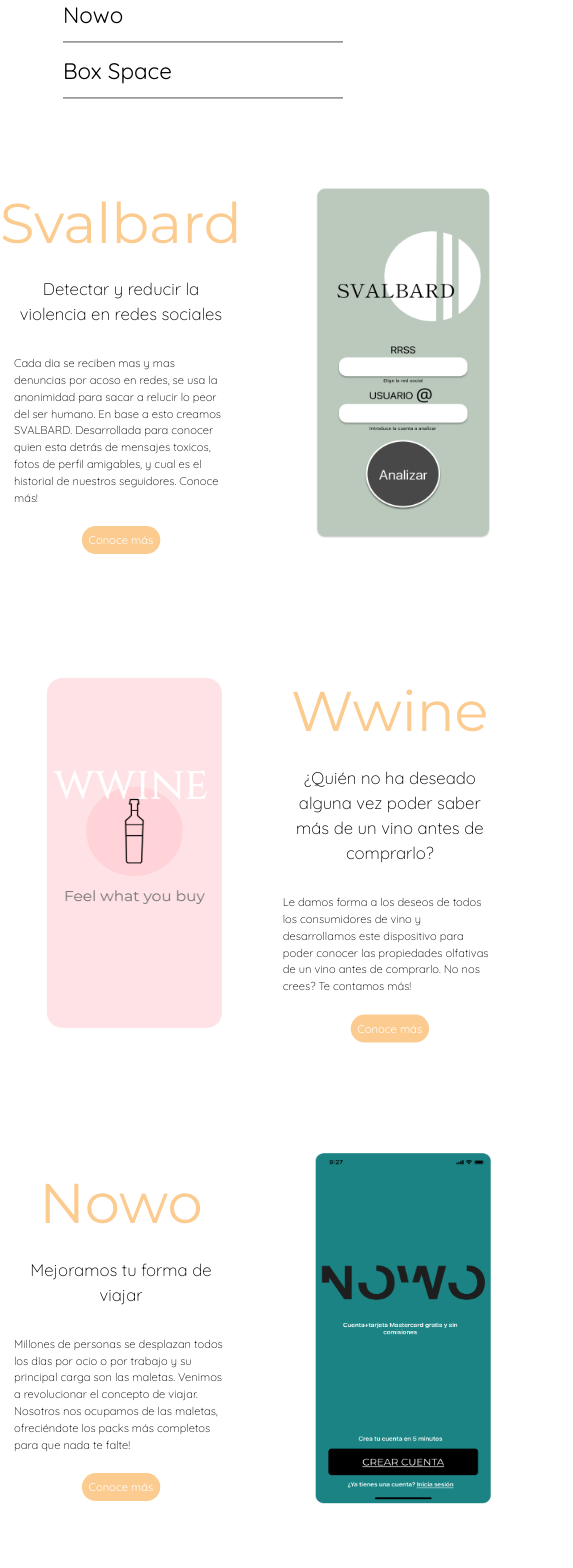
Repository: Marilyncabirta/portfolioHTML
Page: index.html
These files come from the project's save history. The page is drawn as it stood at one moment and after the next save; the edit follows.
The browser window is 768 px wide. The page is 818 px wide, so the pictures cover 818 px, including what lies to the right of the window. The pictures show the part of the page from y = 1619 to 3859 px (the page is 4935 px tall before and 4818 px after), at 70% of full size.
Backgrounds fixed to the window are drawn as part of the page. Some web libraries are served in a nearby version.

Above is the page before, as saved 2022-12-16 13:11:34.

### index.html
<!DOCTYPE html>
<html lang="es">
<head>
    <meta charset="UTF-8">
    <meta name="viewport" content="width=device-width, initial-scale=1.0">
    <title>Portafolio AlexCG</title>
    <link rel="stylesheet" href="css/normalize.css">
    <link rel="stylesheet" href="css/estilos.css">
    <link rel="preconnect" href="https://fonts.googleapis.com">
<link rel="preconnect" href="https://fonts.gstatic.com" crossorigin>
<link href="https://fonts.googleapis.com/css2?family=Montserrat:wght@100;400;700&family=Quicksand:wght@300;400&display=swap" rel="stylesheet">
</head>


<body>

    <header class="hero">
        <div class="contenedor">
            <nav class="nav">
                <a href="" class="nav__items nav__items--cta">Proyectos</a>
                <a href="" class="nav__items">Sobre mí</a>
                <a href="" class="nav__items">Contáctame</a>
            </nav>

            <section class="hero__contenedor">
                <div class="hero__texts">
                    <h1 class="hero__title">Hola, soy Marilin Cabirta UX/UI designer</h1>
                    <h2 class="hero_subtitle">La necesidad de acercar diseños empáticos al usurio me hicieron querer ser diseñadora UX/UI. Querer emocionar con productos o servicios. Traspasar las pantallas.</h2>
                    <a href="" class="hero_cta">Contáctame</a>
                </div>
                <div class="contenedor_ilustraciones">
                    <img class="hero_image" src="assets/hero1.svg" alt="marilincabirta">
                </div>
            </section>
        </div>
        <div>
            <div class="hero_wave" style= "overflow:hidden;" ><svg viewBox="0 0 500 150" preserveAspectRatio="none" style="height: 100%; width: 100%;"><path d="M-0.56,130.76 C150.00,150.00 349.20,-49.99 503.38,30.10 L500.00,150.00 L0.00,150.00 Z" style="stroke: none; fill: #fff;"></path></svg></div>
        </div>
    </header>

    <main >
        <section class="presentacion__container">
            <h2 class="subtitle--h2">Mis Proyectos</h2>
            <div class="lista">
                <ul>
                    <li><a class="nombres" href="#">Svalbard<a></li>
                        <div class="linea"></div>
                    <li><a class="nombres" href="#">Wwine</a></li>
                        <div class="linea"></div>
                    <li><a class="nombres" href="#">Nowo</a></li>
                        <div class="linea"></div>
                    <li><a class="nombres" href="#">Box Space</a></li>
                        <div class="linea"></div>

                </ul>
            </div>
        </section>

        <section class="about__container">
            <div class="about__texts">
                <h2 class="subtitle">Svalbard</h2>
                <p class="about__paragraph">Detectar y reducir la violencia en redes sociales</p>
                <p class="about__content">Cada dia se reciben mas y mas denuncias por acoso en redes, se usa la anonimidad para sacar a relucir lo peor del ser humano. En base a esto creamos SVALBARD. Desarrollada para conocer quien esta detrás de mensajes toxicos, fotos de perfil amigables, y cual es el historial de nuestros seguidores. Conoce más!</p>
                <a class="about__button" href="">Conoce más</a>
            </div>
            <div class="about__img">
                <img class="about__picture" src="assets/LOG IN.png"   alt="">
            </div>
        </section>

        <section class="about__container">
            <div class="about__img">
                <img src="assets/wwine mockup.jpg" class="about__picture"alt="">
            </div>
            <div class="about__texts">
                <h2 class="subtitle">Wwine</h2>
                <p class="about__paragraph">¿Quién no ha deseado alguna vez poder saber más de un vino antes de comprarlo?</p>
                <p class="about__content">Le damos forma a los deseos de todos los consumidores de vino y desarrollamos este dispositivo para poder conocer las propiedades olfativas de un vino antes de comprarlo. No nos crees? Te contamos más!</p>
                <a class="about__button" href="">Conoce más</a>
            </div>

        </section>

        <section class="about__container">
            <div class="about__texts">
                <h2 class="subtitle">Nowo</h2>
                <p class="about__paragraph">Mejoramos tu forma de viajar</p>
                <p class="about__content">Millones de personas se desplazan todos los días por ocio o por trabajo y su principal carga son las maletas. Venimos a revolucionar el concepto de viajar. Nosotros nos ocupamos de las maletas, ofreciéndote los packs más completos para que nada te falte!</p>
                <a class="about__button" href="">Conoce más</a>
            </div>
            <div class="about__img">
                <img src="assets/Nowo by rebellion 1.jpg" class="about__picture" alt="">
            </div>
        </section>

        <section class="about__container">
            <div class="about__img">
                <img src="assets/mock uo.jpg" class="about__picture" alt="">
            </div>
            <div class="about__texts">
                <h2 class="subtitle">Box Space</h2>
                <p class="about__paragraph">Como conseguimos que haya más usuarios en los parques urbanos?</p>
                <p class="about__content">Esta App fue creada para mejorar la asistencia a los parques urbanos. En un mundo con prisas, acercamos la tecnología y la era digital a aquellos entornos naturales que nos encanta disfrutar, pero que todavía no nos permiten desarrollar todas nuestras facetas diarias cómodamente.Descúbrela!</p>
                <a class="about__button" href="">Conoce más</a>
            </div>

        </section>

    </main>

    <footer class="footer">
        <div container class="container footer__grid">
            <nav class="nav nav--footer">
                <a class="nav_items nav__items--footer" href="">Inicio </a>
                <a class="nav_items nav__items--footer" href="">Sobre mí</a>
                <a class="nav_items nav__items--footer" href="">Proyectos</a>
            </nav>

            <section class="footer__contact">
                <h3 class="footer__title"> Contáctame</h3>
                <div class="footer__icons">
                    <span class="footer__container-icons">
                        <a href="#" class="fab fa-medium footer__icon"></a>
                    </span>
                    <span class="footer__container-icons">
                        <a href="#" class="fab fa-linkedin footer__icon"></a>
                    </span>
                    <span class="footer__container-icons">
                        <a href="#" class="fab fa-mailchimp footer__icon"></a>
                    </span>

                </div>
            </section>



        </div>
    </footer>







    <script src="https://kit.fontawesome.com/b4fd9d412c.js" crossorigin="anonymous"></script>
</body>
</html>

### css/estilos.css

@import url('https://fonts.googleapis.com/css2?family=Montserrat:wght@100;400;700&family=Quicksand:wght@300;400&display=swap');


:root{
    --background:linear-gradient(120deg,#d57feb   0%,#fccb90 100%);
    --color-secondary:#fccb90;
    --color-primary: white;
    --boton-padding: 20px 40px;
}
body{

    font-family: 'Montserrat', sans-serif;
    font-family: 'Quicksand', sans-serif;
}

.hero{
    width: 100%;
    background-image: var(--background);
    background-repeat: no-repeat;
    background-attachment: fixed;
    position: relative;
}

.contenedor{
  padding: 20px 0;

}
.hero__contenedor{
    width: 100%;
    display: grid;
    grid-template-columns: 1fr 1fr ;
    height: 100%;
    justify-content: space-evenly;
    align-items: center;
    padding-bottom: 50px;
    margin: 50px;

}


.contenedor_ilustraciones{
    width: 800px;
    height: auto;
    text-align: center;
    justify-content: center;
}

.hero__texts{
    width: 50%;
    height: inherit;
    color: white;
    margin-top: 20px;
    margin: 0 60px;
}
.hero_image{
    width: 70%
}

.hero_wave{
    position: absolute;
    bottom: 0;
    left: 0;
    height: 100px;
    width: 100%;
}

.nav{
    display: flex;
    justify-content: flex-end;
    height: 80px;
    align-items: right;
    font-weight: 700;
    margin-top: 30px;

}

.nav--footer{
    font-weight: 300;
    justify-content: flex-start;
}

.nav__items{
    color: white;
    text-decoration: none;
    font-size: 32px;
    padding: 20px 15px;
    margin-right: 40px;
    font-weight: inherit;
}

.nav__items--cta{
    border: 2px solid white;
    border-radius: 40px;
}

.nav__items:hover{
    text-decoration: underline;
}
.nav__items--footer{
    padding: 10px;
}



.hero_cta{
    display: inline-block;
    font-size: 24px;
    background-color: var(--color-primary);
    color: #fccb90;
    padding: 20px 40px;
    margin-top: 30px;
    border-radius: 40px;
    text-align: center;
    justify-content: center;
}

.hero__texts{
    width: 90%;
    margin: 40px;
}

.hero__title{
    font-size: 60px;
    margin-top: 80px;

}

.hero__subtitle{
    font-size: 2rem;
    font-weight: 400;
    margin: 20px 0;
}

/* presentacion proyectos */



.presentacion__container{
    width: 60%;
    height: auto;
    padding-top: 0;
    text-align: center;
    text-decoration: none;
    margin-left: 50px;
}

.subtitle{
    font-size: 56px;
    color:var(--color-secondary);
    padding-bottom: 10px;
    font-weight: 700;
    text-align: center;
    margin: 40px;
}
.subtitle--h2{
    font-size: 56px;
    color:var(--color-secondary);
    padding-bottom: 10px;
    font-weight: 700;
    text-align: center;
    margin: 60px 40px;
    text-align: left;
}

.presentacion__container li{
    font-size: 32px;
    margin-top: 10px;
    padding: 10px 0;
    text-decoration: none;
}

.lista li{
 text-decoration: none;
 list-style: none;
 text-align: left;

}

.lista a{
    text-decoration: none;
    color: black;

}

.lista li:hover{
    font-size: 3.5rem;
    transition: 1s;
}

.lista div{
    border-top: 1px solid black;
    height: 2px;
    max-width: 400px;
    padding: 0;
    margin: 10px 0 auto 0;

}

.about__container{
    width: 70%;
    min-height: 800px;
    max-width: 1300px;
    height: auto;
    display: grid;
    grid-template-columns: 1fr 1fr ;
    margin: 60px auto;
    background-color: var(--color-primary);
    align-items: center;

}

.about__texts{

    justify-content: center;
    text-align: left;
    margin: 20px ;

}
.about__img{
     justify-content: center;
    text-align: center;
    margin: 20px;

}

.subtitle{
    font-size: 80px;
    font-family: "Montserrat";
    font-weight: 400;
    margin: 10px auto;

}



.about__picture{
    width: 250px;
    height: 500px;
    max-height: 800px;
}

.about__paragraph{
    margin: 20px;
    line-height: 1.5;
    font-weight: 300;
    font-size: 24px;
}

.about__content{
    font-size: 16px;
    margin: 40px 20px;
    text-align: left;
    line-height: 1.5;
    font-weight: 300;
}

.about__button{
    margin: 60px 20px;
    padding: 10px 10px;
    background-color:var(--color-secondary);
    color: white;
    border-radius: 20px;
    text-align: center;
    text-decoration: none;
}

/* footer */

.footer{
    background:var(--background);
    padding-bottom: 40px;



}

.footer__grid{
    display: grid;
    grid-template-columns: 3fr 2fr;
    gap: 20px;
    align-items: center;
    margin: 40px;
}

.nav_items{
    text-decoration: none;
    color: white;
    font-size: 20px;
    margin:0 0 0 10px;
}

.footer__title{
    font-weight: 400;
    color: white;
    font-size:2rem ;
    margin-bottom: 20px;
    text-align: center;
}

.footer__icons{
    display: flex;
    justify-content: space-evenly;
    font-size: 32px;
}

.footer__container-icons{
    display: inline-block;
    width: 60px;
    height: 60px;
    color: white;
    text-align: center;
    border: 1px solid white;
    border-radius: 50%;

}

.footer__icon{
    color: white;
    text-decoration: none;
    font-size: 30px;

}

.fab.footer__icon{
line-height: 60px;
text-decoration: underline;
}


/* responsive design */

@media screen and (max-width:800px){
        :root{
            --botton-padding:18px 40px;
        }

        .nav{
            justify-content:space-between
        }
        .nav__items--cta{
            border: none;
        }

        .nav__items{
            color: white;
            text-decoration: none;
            font-size: 24px;
            padding: 10px 30px;
            font-weight: inherit;
        }

        .nav__items--footer{
            border: none;
        }

        .hero__contenedor{
            display: grid;
            grid-template-columns: 1fr ;
            height: auto;
            justify-content: center;
            align-items: center;
            padding-bottom: 50px;
            margin: 20px;

        }

        .hero__title{
            font-size: 2rem;
            margin-bottom: 20px;
        }

        .contenedor_ilustraciones{
            width: 600px;
            height: 600px
        }

        .about__container{
            width: 100%;
            min-height: 600px;
        }
        .about__texts{
            width: 90%;
            justify-content: center;
            text-align: center;
            margin: 60px 0px;

        }

        .hero_image{
            width: 70%;
        }

        .presentacion__container{
            width: 100%;
        }

         .about__img{
            width: auto;
            text-align: center;
        }
    .footer{
        width: 100%;
    }
}




@media screen and (max-width:500px){

    :root{
        --botton-padding:15px 20px;
    }

    .hero{
        width: 100%;
        height: auto;
        position: relative;
    }
    .hero__contenedor{
        width: 100%;
        display: grid;
        grid-template-columns: 1fr;
        height: 100%;
        justify-content: center;
        align-items: center;
        padding-bottom: 80px;

    }
    .nav{
        flex-wrap: nowrap;
        justify-content: space-evenly;
        margin-top: 10px;

    }
    .nav__items--cta{
        border: none;
    }

    .nav__items{
        color: white;
        text-decoration: none;
        font-size: 20px;
        padding: 10px 20px;
        margin-right: 20px;

    }

    .nav__items--footer{
        border: none;
    }


    .hero__texts{
        margin-bottom: 50px;
        text-align: center;
    }
    .hero__title{
        font-size: 2rem;
        margin-bottom: 20px;
    }

    .hero__subtitle{
        font-size: 2rem;
        margin-bottom: 20px;
    }


    /* about */

    .subtitle{
        font-size: 2.5rem;
    }
    .about__paragraph{
        margin: 10px 10px;
        line-height: 1.5;
        font-weight: 300;
        font-size: 16px;
        text-align: left;
    }

    .about__content{
        font-size: 16px;
        margin: 10px 10px 40px 10px ;
        text-align: left;
        line-height: 1.5;
        font-weight: 300;
    }

    .nombres{
        font-size: 24px;
    }

    .about__container{
        width: 80%;
        min-height: 600px;
        height: auto;
        display: grid;
        margin: 20px auto;
        background-color: var(--color-primary);
        align-items: center;
     }

     .about__picture{
        width: 140px;
        height: 300px;
        max-height: 800px;

    }
     .contenedor_ilustraciones{
        width: 100%;
        height: auto;
        text-align: center;
        justify-content: center;
    }

    .about__texts:nth-child(2), :nth-child(4){
        grid-row: 1/2;
     }

     /* Footer */
     }

Loaded but not shown: css/normalize.css (library)

After the next save:
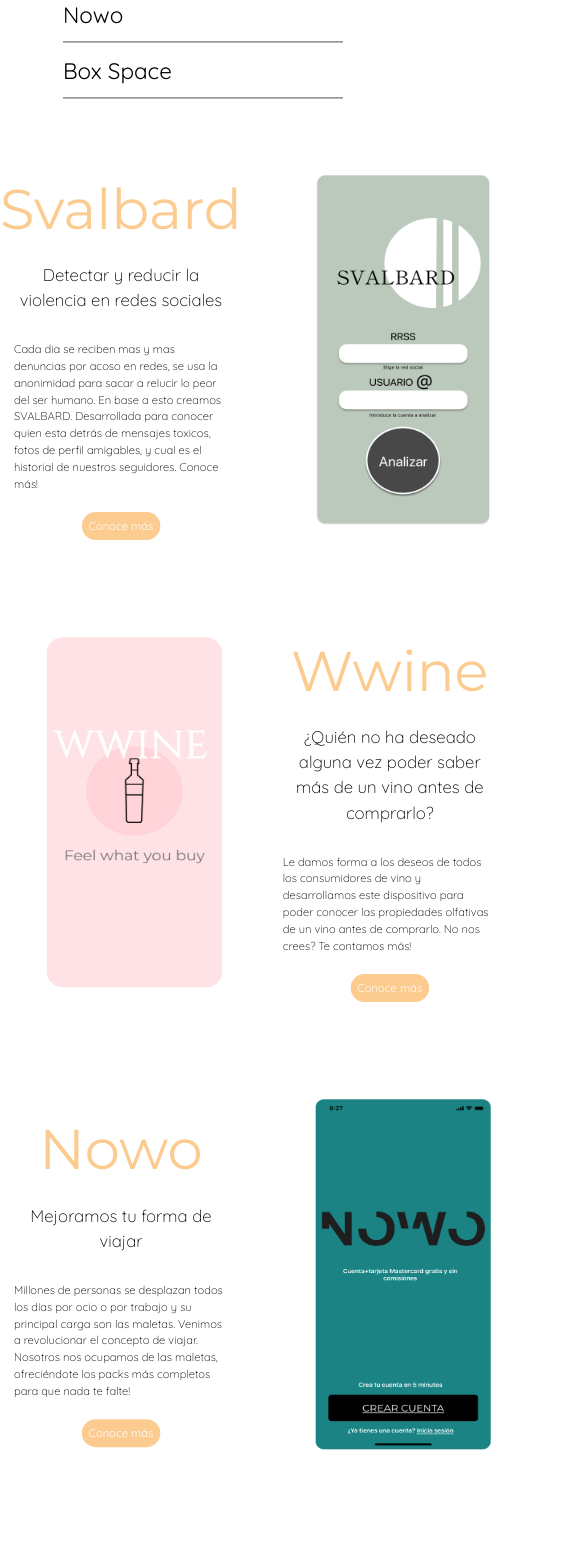
Saved 6 s later.
--- a/css/estilos.css
+++ b/css/estilos.css
@@ -383,7 +383,7 @@ text-decoration: underline;
             width: 90%;
             justify-content: center;
             text-align: center;
-            margin: 60px 0px;
+            margin: 40px 0px;
 
         }
 
